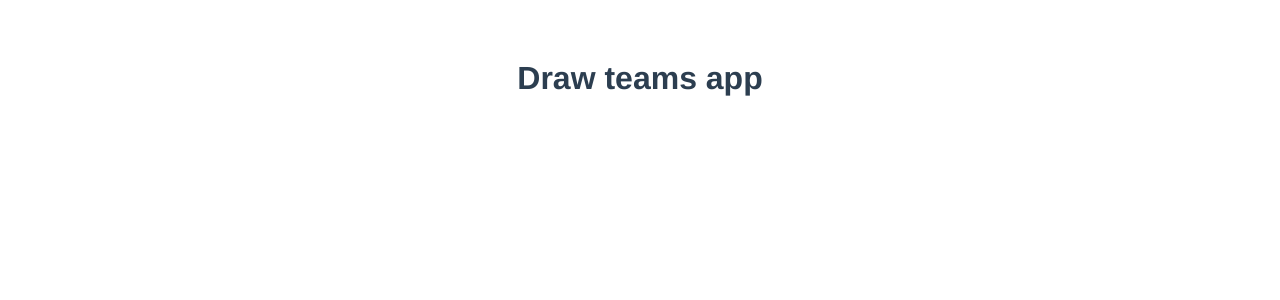
Repository: AlekJanevski/draw-teams-app
Page: /
The author's editor kept a copy of each file at every save. The page is drawn from the files as they stood at one save, then again after the next save.
The browser window is 1280 px wide. The pictures show the whole page.
The project was rebuilt for these pictures with package versions that can differ from the ones it lists, and the page was loaded fresh each time.

Above is the page before, as saved 2021-03-18 20:06:06.

### src/components/HelloWorld.vue
<template>
  <div>
    <h1>Draw teams app</h1>
  </div>
</template>

<script>
export default {
  name: 'HelloWorld',
  props: {
    msg: String
  }
}
</script>

<!-- Add "scoped" attribute to limit CSS to this component only -->
<style scoped>
h3 {
  margin: 40px 0 0;
}
ul {
  list-style-type: none;
  padding: 0;
}
li {
  display: inline-block;
  margin: 0 10px;
}
a {
  color: #42b983;
}
</style>

Loaded but not shown: public/index.html (common file); src/main.js (common file); src/App.vue (common file)

After the next save:
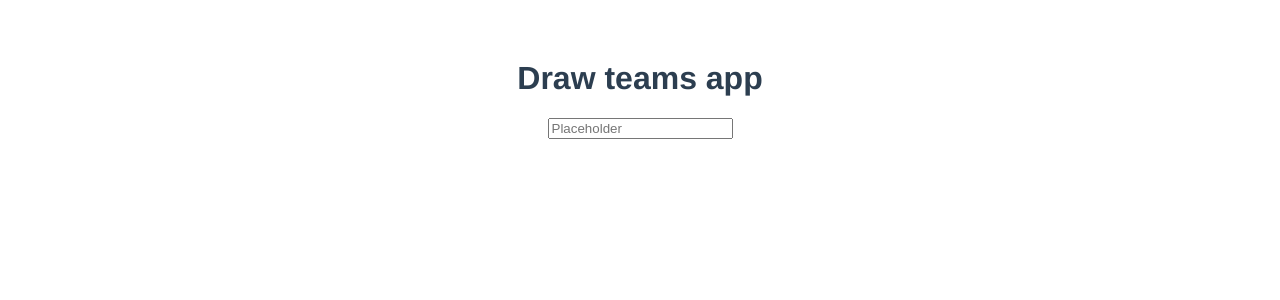
Saved 2 min 36 s later.
--- a/src/components/HelloWorld.vue
+++ b/src/components/HelloWorld.vue
@@ -1,6 +1,10 @@
 <template>
   <div>
     <h1>Draw teams app</h1>
+
+    <div class="pt-0 mb-3">
+      <input type="text" placeholder="Placeholder" class="relative w-full px-3 py-3 text-sm text-gray-700 placeholder-gray-400 bg-white rounded shadow outline-none focus:outline-none focus:shadow-outline"/>
+    </div>
   </div>
 </template>
 
